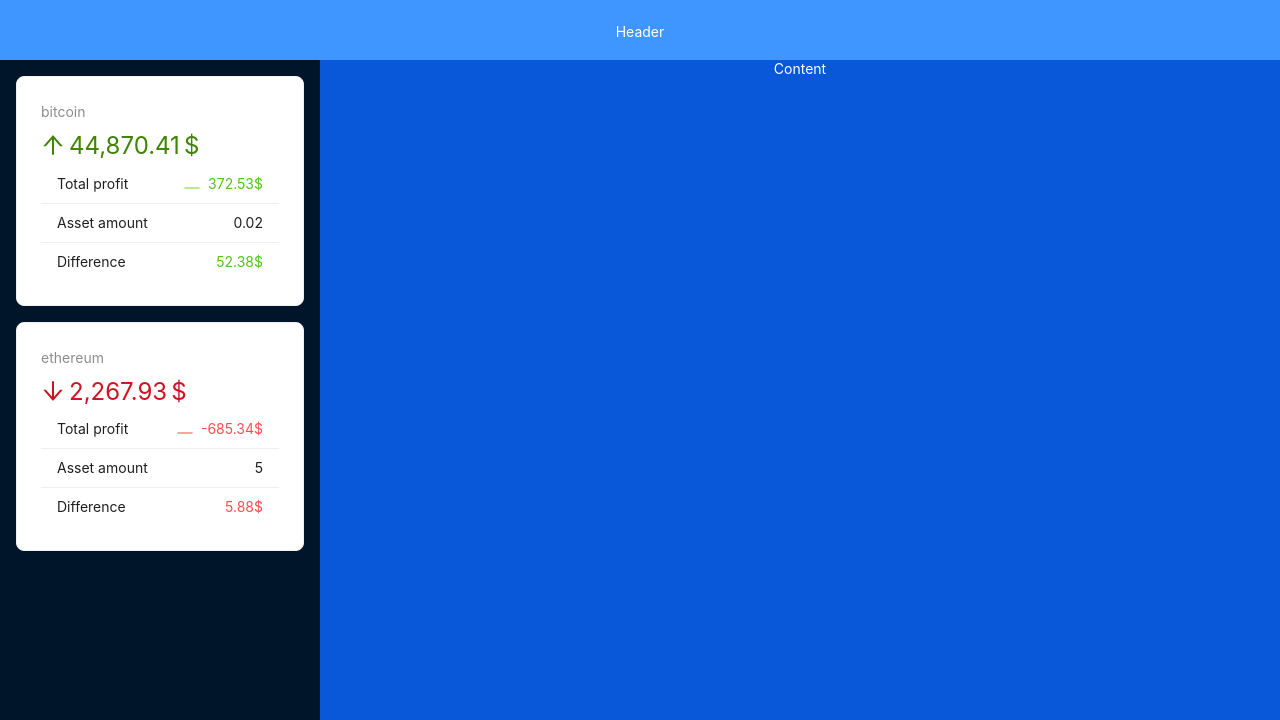
Repository: iveivs/ninim
Page: / (app in react-crypto-initial/)
These files come from the project's save history. The page is drawn as it stood at one moment and after a run of saves; the edit follows.
The browser window is 1280 px wide. The pictures show the whole page.
The project was rebuilt for these pictures with package versions that can differ from the ones it lists, and the page was loaded fresh each time. Also part of the build but not shown: react-crypto-initial/vite.config.js.

Above is the page before, as saved 2024-02-18 17:39:31.

### react-crypto-initial/src/App.jsx
import { Layout } from "antd";
import AppContent from "./components/layout/AppContent";
import AppHeader from "./components/layout/AppHeader";
import AppSider from "./components/layout/AppSider";

export default function App() {
    return (
        <Layout >
            <AppHeader  />
            <Layout>
                <AppSider  />
                <AppContent  />
            </Layout>
        </Layout>
    );
}

### react-crypto-initial/src/components/layout/AppContent.jsx
import { Layout } from "antd";
const contentStyle = {
    textAlign: "center",
    minHeight: 'calc(100vh - 60px)',
    color: "#fff",
    backgroundColor: "#0958d9",
};

export default function AppContent() {
    return (
        <Layout.Content style={contentStyle}>Content</Layout.Content>
    )
}

### react-crypto-initial/src/components/layout/AppHeader.jsx
import { Layout } from "antd";
const headerStyle = {
    textAlign: "center",
    color: "#fff",
    height: 60,
    paddingInline: 48,
    lineHeight: "64px",
    backgroundColor: "#4096ff",
};
export default function AppHeader() {
    return (
        <Layout.Header style={headerStyle}>Header</Layout.Header>
    )
}

### react-crypto-initial/src/components/layout/AppSider.jsx

import { useEffect, useState } from "react";
import { Layout, Card, Statistic, List, Typography, Spin, Tag } from "antd";
import { ArrowDownOutlined, ArrowUpOutlined } from '@ant-design/icons';
import { fakeFetchCrypto, fetchAssets } from '../../api'
import { percentDifference } from '../../utils'
const siderStyle = {
    padding: '1rem',
};

export default function AppSider() {
    const [loading, setLoading ] = useState(false)
    const [crypto, setCrypto ] = useState([])
    const [assets, setAssets ] = useState([])

    useEffect(() => {
        async function preload() {
            setLoading(true)
            const { result } = await fakeFetchCrypto()
            const assets = await fetchAssets()

            setAssets(assets.map(asset => {
                const coin = result.find((c) => c.id === asset.id)
                return {
                    grow: asset.price < coin.price,
                    growPercent: percentDifference(asset.price, coin.price),
                    totalAmount: asset.amount + coin.price,
                    totalProfit: asset.amount * coin.price - asset.amount * asset.price,
                    ...asset
                }
            }))
            setCrypto(result)
            setLoading(false)
        }
        preload()
    }, [])

    if(loading) {
        return <Spin fullscreen />
    }
    return (
        <Layout.Sider width="25%" style={siderStyle}>

            {assets.map(asset => (
                <Card key={asset.id} style={{marginBottom: '1rem'}} >
                    <Statistic
                        title={asset.id}
                        value={asset.totalAmount}
                        precision={2}
                        valueStyle={{ color: asset.grow ? '#3f8600' : '#cf1322'}}
                        prefix={ asset.grow ? <ArrowUpOutlined /> : <ArrowDownOutlined />}
                        suffix="$"
                    />
                    <List
                        size="small"
                        dataSource={[
                            {title: "Total profit", value: asset.totalProfit, withTag: true},
                            {title: "Asset amount", value: asset.amount, isPlain: true},
                            {title: "Difference", value: asset.growPercent},
                        ]}
                        renderItem={(item) => (
                            <List.Item>
                                <span>{item.title}</span>
                                <span>
                                    {item.withTag && (
                                        <Tag color={asset.grow ? 'green' : 'red'}>

                                        </Tag>
                                    )}
                                    {item.isPlain && item.value}
                                    {!item.isPlain && (
                                    <Typography.Text type={asset.grow ? 'success' : 'danger'}>
                                        {item.value.toFixed(2)}$
                                    </Typography.Text>
                                    )}
                                </span>
                            </List.Item>
                        )}
                    />
                </Card>
            ))}


            {/* <Card>
                <Statistic
                    title="Idle"
                    value={9.3}
                    precision={2}
                    valueStyle={{ color: '#cf1322' }}
                    prefix={<ArrowDownOutlined />}
                    suffix="%"
                />
            </Card> */}
        </Layout.Sider>
    );
}

### react-crypto-initial/src/api.js
import { cryptoData, cryptoAssets} from './data'

export function fakeFetchCrypto() {
    return new Promise((resolve) => {
        setTimeout(() => {
            resolve(cryptoData)
        }, 200)
    })
}

export function fetchAssets() {
    return new Promise((resolve) => {
        setTimeout(() => {
            resolve(cryptoAssets)
        }, 200)
    })
}

### react-crypto-initial/src/utils.js
export function percentDifference(a, b){
    return +(100 * Math.abs((a - b) / ((a + b) / 2))).toFixed(2)
}

Loaded but not shown: react-crypto-initial/index.html (common file); react-crypto-initial/src/main.jsx (common file); react-crypto-initial/src/index.css (common file); react-crypto-initial/src/data.js (625 lines, source omitted)

After the next 3 saves:
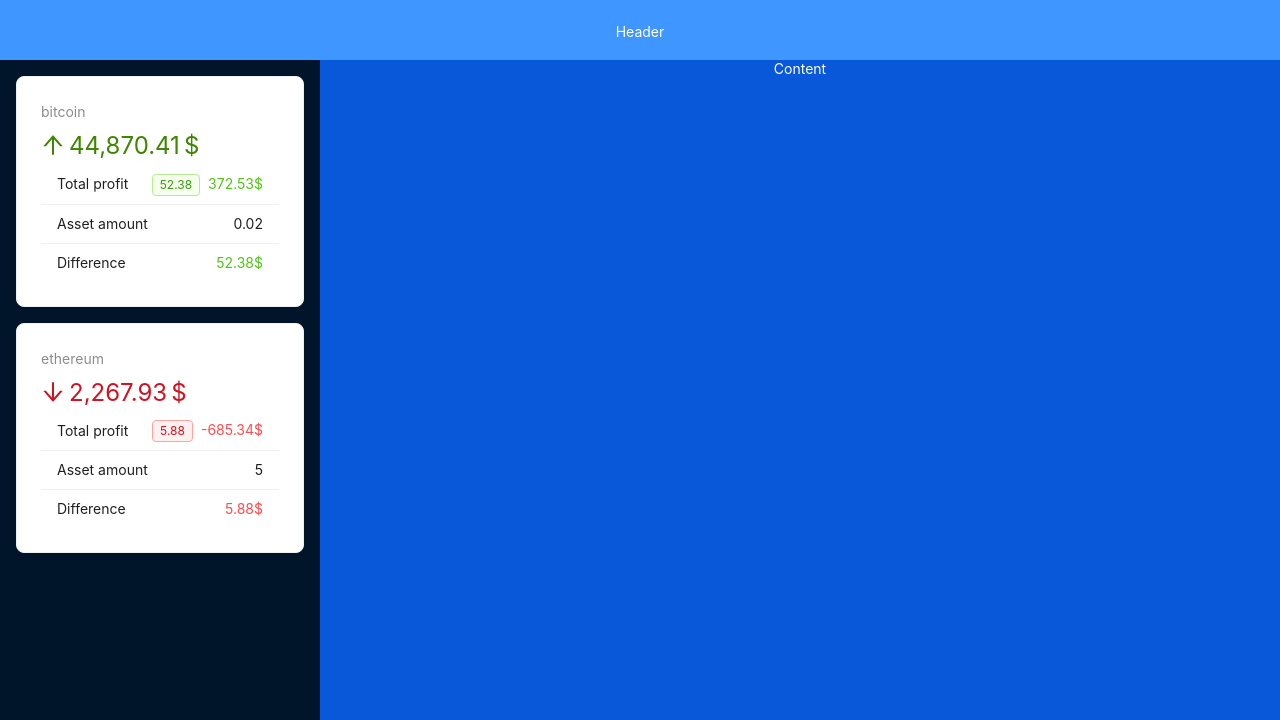
The 3 saves are shown as one change because they came seconds apart.
The last was saved 9 s later.
--- a/react-crypto-initial/src/components/layout/AppSider.jsx
+++ b/react-crypto-initial/src/components/layout/AppSider.jsx
@@ -64,7 +64,7 @@
                                 <span>
                                     {item.withTag && (
                                         <Tag color={asset.grow ? 'green' : 'red'}>
-
+                                            {asset.growPercent}
                                         </Tag>
                                     )}
                                     {item.isPlain && item.value}
